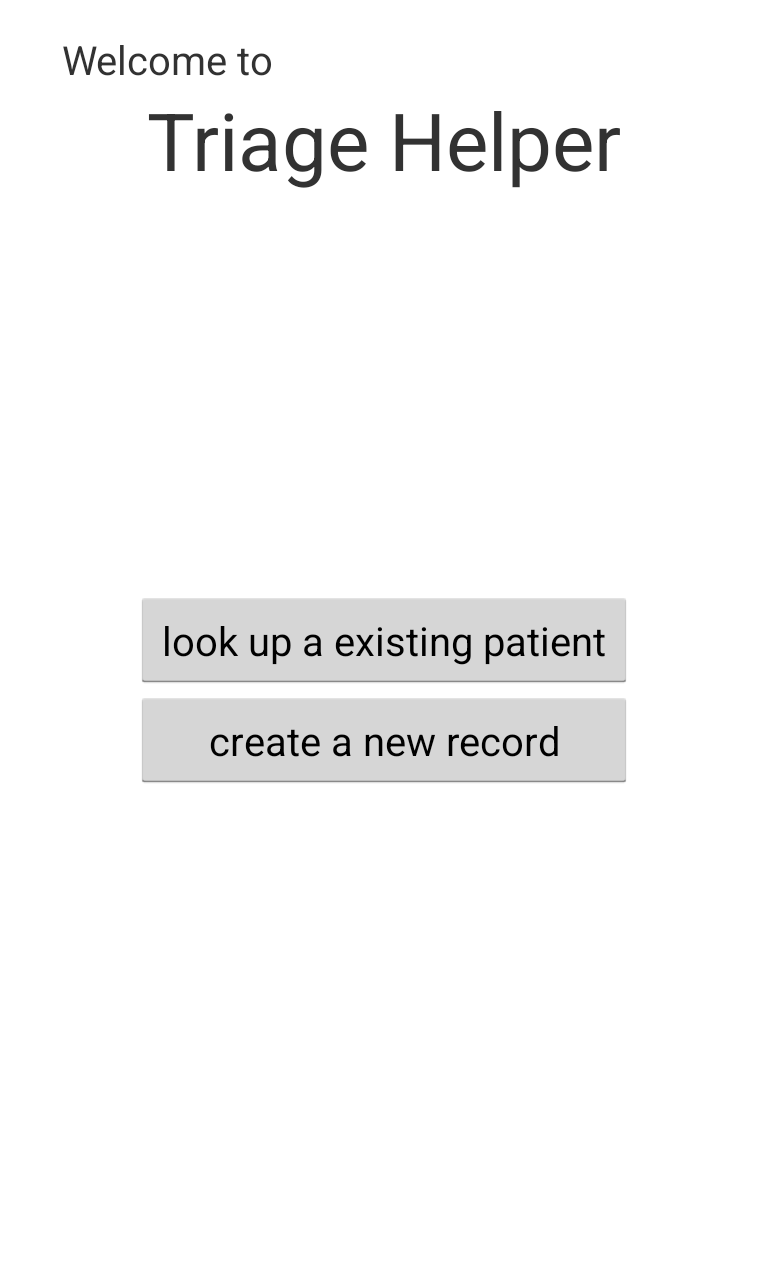
Repository: jackys-95/Aloha
Layout: app/Phase 2/res/layout/activity_main.xml
The author's editor kept a copy of each file at every save. The layout is drawn from the files as they stood at one save, then again after a run of saves.
It is drawn on a 768 x 1280 px phone screen (xhdpi) without system bars, with theme AppTheme; the app's code is not run.

Above is the layout before, as saved 2014-11-04 17:20:41.

### app/Phase 2/res/layout/activity_main.xml
<RelativeLayout xmlns:android="http://schemas.android.com/apk/res/android"
    xmlns:tools="http://schemas.android.com/tools"
    android:layout_width="match_parent"
    android:layout_height="match_parent"
    android:paddingBottom="@dimen/activity_vertical_margin"
    android:paddingLeft="@dimen/activity_horizontal_margin"
    android:paddingRight="@dimen/activity_horizontal_margin"
    android:paddingTop="@dimen/activity_vertical_margin"
    tools:context=".MainActivity" >

    <TextView
        android:id="@+id/textView1"
        android:layout_width="wrap_content"
        android:layout_height="wrap_content"
        android:layout_alignParentLeft="true"
        android:layout_alignParentTop="true"
        android:layout_marginLeft="15dp"
        android:text="@string/Welcome"
        android:textSize="20sp" />

    <TextView
        android:id="@+id/textView2"
        android:layout_width="fill_parent"
        android:layout_height="wrap_content"
        android:layout_below="@+id/textView1"
        android:layout_centerHorizontal="true"
        android:gravity="center"
        android:text="@string/AppName"
        android:textSize="40sp" />

    <Button
        android:id="@+id/LookUpPatient"
        android:layout_width="250dp"
        android:layout_height="50dp"
        android:layout_centerHorizontal="true"
        android:layout_centerVertical="true"
        android:text="@string/LookUp"
        android:textSize="20sp" />

    <Button
        android:id="@+id/CreateANewRecord"
        style="?android:attr/buttonStyleSmall"
        android:layout_width="250dp"
        android:layout_height="50dp"
        android:layout_alignLeft="@+id/LookUpPatient"
        android:layout_below="@+id/LookUpPatient"
        android:text="@string/CreateANewRecord"
        android:textSize="20sp" />

</RelativeLayout>

### app/Phase 2/res/values/strings.xml
<?xml version="1.0" encoding="utf-8"?>
<resources>

    <string name="app_name">Hospital System</string>
    <string name="action_settings">Settings</string>
    <string name="Welcome">Welcome to</string>
    <string name="AppName">Triage Helper</string>
    <string name="title_activity_look_up_patient">LookUpPatient</string>
    <string name="hello_world">Hello world!</string>
    <string name="title_activity_create_new_record">CreateNewRecord</string>
    <string name="title_activity_confirm_patient">ConfirmPatient</string>
    <string name="title_activity_previous_record">PreviousRecord</string>
    <string name="title_activity_individual_data">IndividualData</string>
    <string name="title_activity_visit_record">VisitRecord</string>
    <string name="title_activity_vital_signs_update">VitalSignsUpdate</string>
    <string name="LookUp">look up a existing patient</string>
    <string name="CreateANewRecord">create a new record</string>
    <string name="Confirm">confirm</string>
    <string name="HCNinput">Please input a health card number.</string>
    <string name="PreviousRecord">Here is the previous record for patient</string>
    <string name="notFunctional">not functional</string>
    <string name="IndividualData">Individual Data for patient</string>
    <string name="NameColon">Name:</string>
    <string name="DOBColon">Date of Birth:</string>
    <string name="HCNColon">Health Card Number:</string>
    <string name="VisitRecord">Visit Record of Patient</string>
    <string name="at">at</string>
    <string name="Update">update</string>
    <string name="VitalSignsUpdate">Vital Signs Update</string>
    <string name="addTemperature">add temperature</string>
    <string name="addSystolicPressure">add systolic pressure</string>
    <string name="addDiastolicPressure">add diastolic pressure</string>
    <string name="addHeartRate">add heart rate</string>
    <string name="Cancel">Cancel</string>
    <string name="Save">Save</string>
    <string name="CreateANewVitalSigns">Create a new vital signs record</string>
    <string name="notFunctionaltime">put current date as default here</string>

</resources>

Loaded but not shown: app/Phase 2/res/values/styles.xml (common file); app/Phase 2/res/values-v11/styles.xml (common file); app/Phase 2/res/values-v14/styles.xml (common file); app/Phase 2/res/values/dimens.xml (common file); app/Phase 2/res/values-w820dp/dimens.xml (common file)

After the next 2 saves:
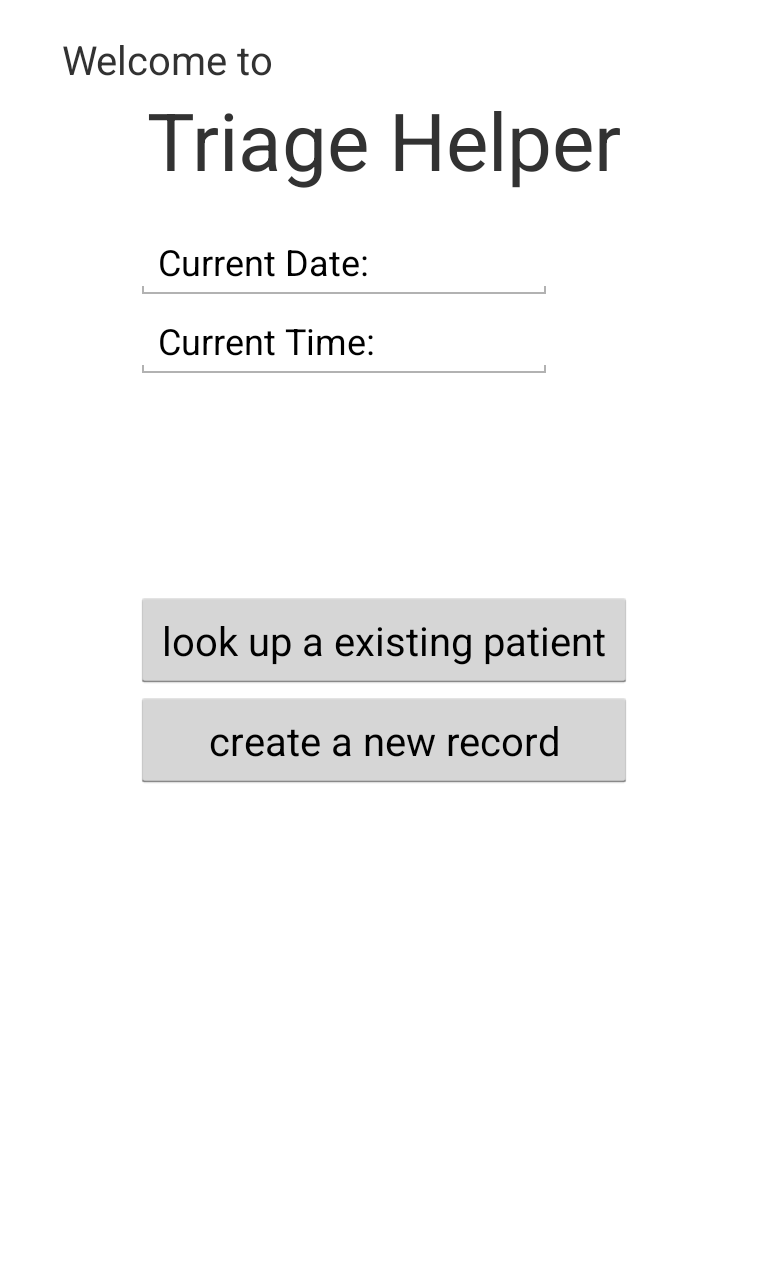
The 2 saves are shown as one change because 1 did not build or start.
The last was saved 7 h 15 min later.
--- a/app/Phase 2/res/layout/activity_main.xml
+++ b/app/Phase 2/res/layout/activity_main.xml
@@ -47,4 +47,25 @@
         android:text="@string/CreateANewRecord"
         android:textSize="20sp" />
 
+    <EditText
+        android:id="@+id/editText1"
+        android:layout_width="wrap_content"
+        android:layout_height="wrap_content"
+        android:layout_alignLeft="@+id/LookUpPatient"
+        android:layout_below="@+id/textView2"
+        android:layout_marginTop="15dp"
+        android:ems="10"
+        android:inputType="time"
+        android:text="@string/CurrentDate" />
+
+    <EditText
+        android:id="@+id/editText2"
+        android:layout_width="wrap_content"
+        android:layout_height="wrap_content"
+        android:layout_alignLeft="@+id/editText1"
+        android:layout_below="@+id/editText1"
+        android:ems="10"
+        android:inputType="date"
+        android:text="Current Time:" />
+
 </RelativeLayout>
--- a/app/Phase 2/res/values/strings.xml
+++ b/app/Phase 2/res/values/strings.xml
@@ -35,5 +35,6 @@
     <string name="Save">Save</string>
     <string name="CreateANewVitalSigns">Create a new vital signs record</string>
     <string name="notFunctionaltime">put current date as default here</string>
+    <string name="CurrentDate">Current Date:</string>
 
 </resources>
